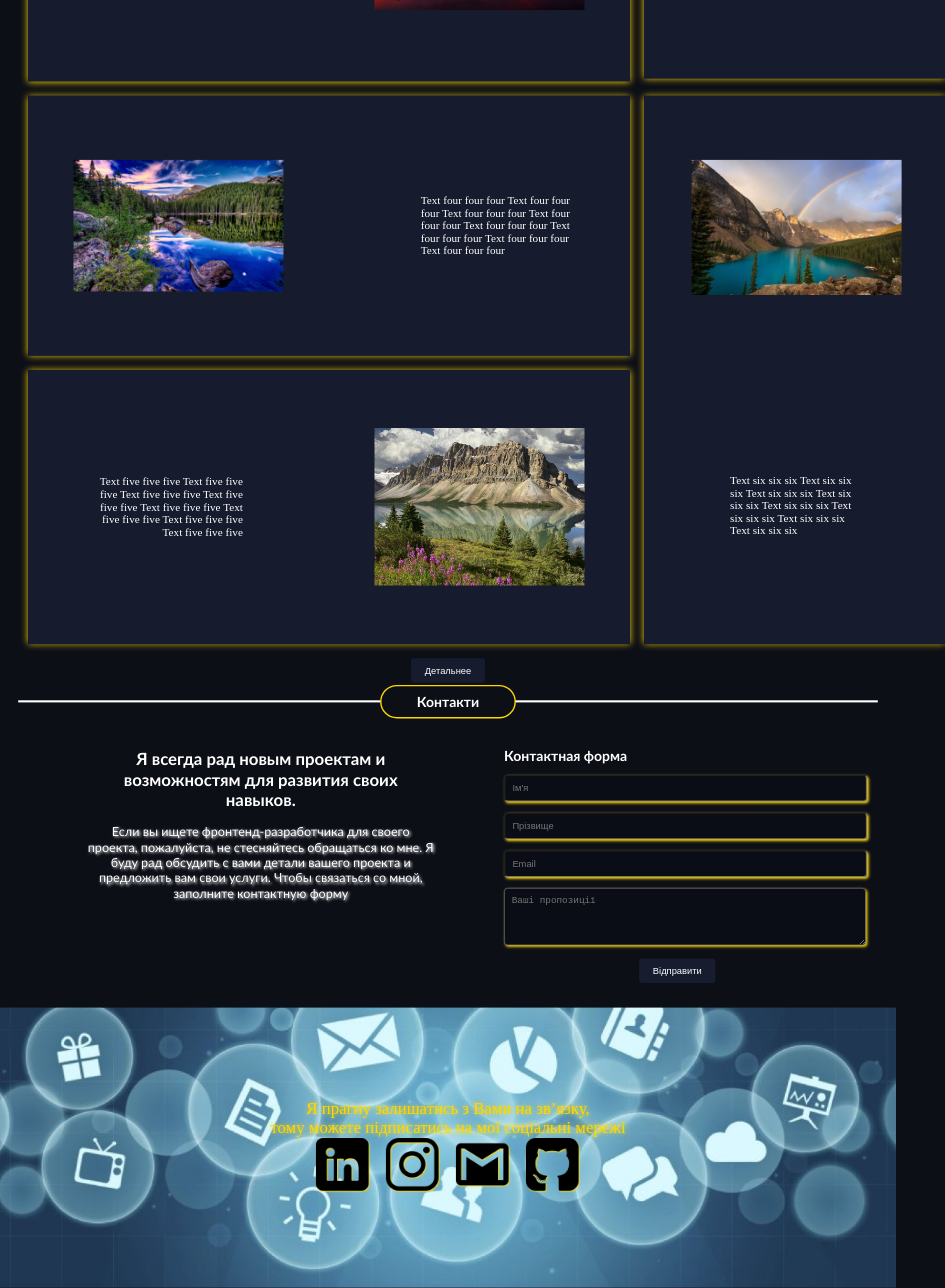
Repository: qtqqrdy13/cv-2
Page: index.html
The author's editor kept a copy of each file at every save. The page is drawn from the files as they stood at one save, then again after the next save.
The browser window is 1280 px wide. The page is 1350 px wide, so the pictures cover 1350 px, including what lies to the right of the window. The pictures show the part of the page from y = 3628 to 5468 px (the page is 5468 px tall), at 70% of full size.

Above is the page before, as saved 2023-10-16 15:29:38.

### index.html
<!DOCTYPE html>
<html lang="en">

<head>
    <link rel="stylesheet" href="main.css">
    <meta charset="UTF-8">
    <meta name="viewport" content="width=device-width, initial-scale=1.0">
    <title>Батуров Олексій</title>
</head>

<body>
    <!--Navigation-->
    <header>
        <div class="logo">
            <img src="../cv 2/image/media/logo.png" alt="logo">
        </div>
        <nav>
            <ul>
                <li><a href="">Головна</a></li>
                <li><a href="#about">Про мене</a></li>
                <li><a href="#skills">Мої скіли</a></li>
                <li><a href="#portfolio">Портфоліо</a></li>
                <li><a href="">Контакти</a></li>
            </ul>
        </nav>
    </header>
    <!--Navigation-->

    <!--Two images-->
    <div class="container-top">
        <div class="img-container">
            <img class="img-1" src="../cv 2/image/code.gif" alt="">
            <img class="img-2" src="../cv 2/image/photo_2023-09-09_18-51-06.jpg" alt="">
        </div>
        <!--Two images-->

        <!--About Oleksiy-->
        <div class="container-text">
            <div id="about"></div>
            <div class="text-block">
                <h1>Олексій Батуров</h1>
            </div>
        </div>
    </div>
    <div class="description">
        <p>Я професіонал, чия пристрасть до веб-розробки
            помітна в кожному рядку коду, який я створюю.
            За час моєї практики я набув глибоких знань у
            різних галузях веб-технологій, включаючи HTML,
            CSS, JavaScript, а також популярні фреймворки
            та бібліотеки. Мої навички дозволяють мені
            створювати унікальні та сучасні веб-сайти,
            які поєднують у собі функціональність, стиль
            та оптимальну продуктивність. </p>
    </div>
    <!--About Oleksiy-->

    <!--Edge-->
    <div id="about_us">
        <div class="announcement">
            <h2 class="title">
                Скіли
            </h2>
        </div>
    </div>
    <!--Edge-->

    <!--Skills-->
    <div id="skills"></div>
    <div class="container">
        <div class="row">
            <div class="block">
                <h2>Скіли Дизайнера</h2>
                <div class="content">
                    <ul>
                        <li>Figma</li>
                        <li>Photoshop</li>
                        <li>Illustrator</li>
                        <li>Scratch</li>
                        <li>AdobeXD</li>
                        <li>Corel Draw</li>
                    </ul>
                </div>
            </div>
            <div class="block">
                <h2>Скіли Front-End розробника</h2>
                <div class="content">
                    <ul>
                        <li>HTML</li>
                        <li>CSS</li>
                        <li>JavaScript</li>
                        <li>ReactJS</li>
                        <li>ReactNative</li>
                        <li>AngularJS</li>
                        <li>NodeJS</li>
                        <li>VueJS</li>
                        <li>JQuerry</li>
                        <li>TypeScript</li>
                        <li>PHPMyAdmin</li>
                    </ul>
                </div>
            </div>
            <div class="block">
                <h2>Володіння CMS - платформами</h2>
                <div class="content">
                    <ul>
                        <li>WordPress</li>
                        <li>OpenCard</li>
                        <li>Joomla</li>
                        <li>Drupal</li>
                        <li>TYPEO3</li>
                    </ul>
                </div>
            </div>
        </div>
    </div>
    <!--Skills-->

    <!--Edge-->
    <div id="about_us">
        <div class="announcement">
            <h2 class="title">
                Портфоліо
            </h2>
        </div>
    </div>
    <!--Edge-->

    <!--Portfolio-->
    <div class="angry-grid">
        <div id="portfolio"></div>
        <div id="item-0">
            <img src="../cv 2/image/media/1.jpg" alt="Image 0" />
            <p>Text one one one Text one one one Text one one one Text one one one
                Text one one one Text one one one Text one one one Text one one one
            </p>
        </div>
        <div id="item-1">
            <img src="../cv 2/image/media/2.jpg" alt="Image 1" />
            <p>Text two two two Text two two two Text two two two Text two two two
                Text two two two Text two two two Text two two two Text two two two
            </p>
        </div>
        <div id="item-2">
            <div class="content-container">
                <p>Text three three three Text three three three Text three three three
                    Text three three three Text three three three Text three three three
                </p>
                <img src="../cv 2/image/media/3.jpg" alt="Image 2" />
            </div>
        </div>
        <div id="item-3">
            <img src="../cv 2/image/media/4.jpg" alt="Image 3" />
            <p>Text four four four Text four four four Text four four four Text four four four
                Text four four four Text four four four Text four four four Text four four four
            </p>
        </div>
        <div id="item-4">
            <div class="content-container">
                <p>Text five five five Text five five five Text five five five Text five five five
                    Text five five five Text five five five Text five five five Text five five five
                </p>
                <img src="../cv 2/image/media/5.jpg" alt="Image 4" />
            </div>
        </div>
        <div id="item-5">
            <img src="../cv 2/image/media/6.jpg" alt="Image 5" />
            <p>Text six six six Text six six six Text six six six Text six six six
                Text six six six Text six six six Text six six six Text six six six
            </p>
        </div>
    </div>

    <div class="detail-button">
        <button>Детальнее</button>
    </div>
    <!--Portfolio-->
    <!--Edge-->
    <div id="about_us">
        <div class="announcement">
            <h2 class="title">
                Контакти
            </h2>
        </div>
    </div>
    <!--Edge-->
    </div>
    <div class="container_contact">
        <div class="text">
            <h2>Я всегда рад новым проектам и возможностям для развития своих навыков. </h2>
            <p>Если вы ищете фронтенд-разработчика для своего проекта, пожалуйста, не стесняйтесь обращаться ко мне. Я
                буду рад обсудить с вами детали вашего проекта и предложить вам свои услуги.

                Чтобы связаться со мной, заполните контактную форму</p>
        </div>
        <div class="form">
            <h2>Контактная форма</h2>
            <form method="post">
                <div class="form-group">
                    <input type="text" id="name" name="name" placeholder="Ім'я" required>
                </div>
                <div class="form-group">
                    <input type="text" id="secondname" name="secondname" placeholder="Прізвище" required>
                </div>
                <div class="form-group">
                    <input type="text" id="email" name="email" placeholder="Email">
                </div>
                <div class="form-group">
                    <textarea id="message" name="message" rows="4" placeholder="Ваші пропозиції" required></textarea>
                </div>
                <div class="form-group">
                    <button type="submit">Відправити</button>
                </div>
            </form>
        </div>
    </div>
    <footer>
        <div class="social_icons">
            <div class="icons_text">
                <p>Я прагну залишатись з Вами на зв’язку, <br> тому можете підписатись на мої соціальні мережі</p>
            </div>
            <div class="icons_container">
                <a href="" class="icon">
                    <img src="./image/icons/linkedin 1.png" alt="">
                </a>
                <a href="" class="icon">
                    <img src="./image/icons/instagram 1.png" alt="">
                </a>
                <a href="" class="icon">
                    <img src="./image/icons/gmail-logo 1.png" alt="">
                </a>
                <a href="" class="icon">
                    <img src="./image/icons/github-sign 1.png" alt="">
                </a>
            </div>
        </div>
    </footer>

</body>

</html>

### main.css
body {
    background-color: #0d0f17;
    margin: 0;
    padding: 0;

}

/*Navigation*/
header {
    background-color: #161C2E;
    color: white;
    padding: 10px 0px;
    position: fixed;
    top: 0;
    width: 100%;
    display: flex;
    justify-content: space-between;
    align-items: center;
    z-index: 1000;
}

.logo img {
    height: 50px;
    margin-left: 50px;
}

nav ul {
    list-style: none;
    margin-right: 50px;
}

nav li {
    display: inline;
    margin-right: 50px;
    position: relative; /* Добавляем позицию относительно элементов меню */
}

nav a {
    text-decoration: none;
    color: white;
    font-weight: bold;
    font-size: 18px;
}

nav a:hover {
    color: gold;
    font-size: 18px;
    text-shadow: 0 0 10px gold;
    transform: scale(1.05);
    transition: transform 0.6s ease-in-out;
}

/* Добавляем стили для анимации */
nav li::before {
    content: "";
    position: absolute;
    width: 100%;
    height: 2px;
    background-color: gold;
    bottom: 0;
    left: 0;
    transform: scaleX(0); /* Изначально нулевая ширина */
    transform-origin: right;
    transition: transform 0.3s ease-in-out;
}

nav li::after {
    content: "";
    position: absolute;
    width: 100%;
    height: 2px;
    background-color: gold;
    bottom: 0;
    right: 0;
    transform: scaleX(0); /* Изначально нулевая ширина */
    transform-origin: left;
    transition: transform 0.3s ease-in-out;
}

nav li:hover::before,
nav li:hover::after {
    transform: scaleX(1); /* Увеличиваем ширину до 100% */
}


/*Two images*/
.container-top {
    display: flex;
    flex-direction: column;
    align-items: center;
    width: 100%;
    overflow: visible;
    position: relative;
}

.img-container {
    width: 100%;
    max-width: 100vw;
    position: relative;
    overflow: visible;
    order: 1;
}

.img-1 {
    width: 100%;
    height: 500px;
    position: relative;
}
.img-1:hover{
    animation: slideUp 2s ease-in-out infinite alternate;
}

.img-2 {
    width: 400px;
    height: 400px;
    max-width: 100%;
    position: absolute;
    top: calc(60% + 10%);
    left: 50%;
    transform: translateX(-50%);
    z-index: 2;
    border-radius: 50%;
    transition: transform 0.5s ease;
}

.img-2:hover {
    transform: translateX(-50%) rotate(360deg);
    animation: spin 2s linear infinite;
}

@keyframes spin {
    0% { transform: translateX(-50%) rotate(0deg); }
    100% { transform: translateX(-50%) rotate(360deg); }
}

@keyframes slideUp {
    0% {
        transform: translateY(0);
    }

    100% {
        transform: translateY(-20px);
    }
}

@media screen and(max-width: 768px) {
    .container {
        padding: 2px;
    }

    .img-1,
    .img-2 {
        height: auto;
    }
}

/*About Oleksiy*/
.container-text {
    display: flex;
    flex-direction: column;
    align-items: center;
    justify-content: center;
    height: 100vh;
    order: 2;
}

.text-block {
    width: 530px;
    height: 214px;
    font-size: 60px;
    text-align: center;
    color: white;
    animation: fadeIn 2s ease-in-out;
    margin: 0 auto;
}

.description {
    width: 700px;
    height: 256px;
    text-align: center;
    color: white;
    animation: slideIn 2s ease-in-out;
    margin: 0 auto;
    margin-bottom: 10%;
}

@keyframes fadeIn {
    0% {
        opacity: 0;
    }

    100% {
        opacity: 1;
    }
}

@keyframes slideIn {
    0% {
        transform: translateY(-20px);
        opacity: 0;
    }

    100% {
        transform: translateY(0);
        opacity: 1;
    }
}

/* Адаптация для мелких скринов */
@media (max-width: 600px) {
    .text-block {
        font-size: 36px;
    }

    .description {
        font-size: 18px;
    }
}

/* Адаптация для планшей */
@media (min-width: 601px) and (max-width: 1024px) {
    .text-block {
        font-size: 48px;
    }

    .description {
        font-size: 24px;
    }
}

@media (min-width: 1025px) {
    .text-block {
        font-size: 72px;
    }

    .description {
        font-size: 30px;
    }
}

/*Edge*/
.announcement {
    height: 3px;
    background-color: white;
    display: flex;
    justify-content: center;
    align-items: center;
    margin: 2% 2%;
}

.title {
    animation-name: fade-in;
    animation-duration: 0.3s;
    text-align: center;
    text-decoration: none;
    color: white;
    border: 2px solid gold;
    background-color: #0d0f17;
    border-radius: 30px;
    padding: 10px 50px;
}

.title:hover {

    color: gold;
    font-size: 26px;
    box-shadow: 0 0 6px gold;
}

@keyframes fade-in {
    from {
        opacity: 0;
    }

    to {
        opacity: 1;
    }
}

/*Skills*/
.container {
    display: flex;
    flex-direction: column;
    align-items: center;
}

.row {
    display: flex;
    flex-wrap: wrap;
    justify-content: space-between;
}

.block {
    border: 2px solid gold;
    margin: 10px;
    padding: 20px;
    animation: fade-in 1s ease-in-out;
    width: calc(50% - 20px);
    height: 400px;
    box-shadow: 1px 1px 6px gold;
    text-align: center;
    box-sizing: border-box;
    display: flex;
    flex-direction: column;
    justify-content: flex-start;
    align-items: center;
}

.block:hover {
    box-shadow: 2px 2px 12px gold;
}

h2 {
    font-size: 20px;
    font-family: 'Trebuchet MS', 'Lucida Sans Unicode', 'Lucida Grande', 'Lucida Sans', Arial, sans-serif;
    margin-top: 10px 0 0 0;
    color: white;
}

.content {
    display: flex;
    flex-direction: column;
    align-items: center;
    justify-content: center;
    height: 100%;
}

.content ul {
    list-style-type: square;
    padding-left: 20px;
    margin: 0;
}

h2:hover {
    font-size: 21px;
    text-shadow: 0px 0px 12px white;
}

.content li {
    font-size: 18px;
    color: white;
}

.content li:hover {
    font-size: 19px;
    text-shadow: 0px 0px 12px white;
}

@keyframes fade-in {
    0% {
        opacity: 0;
    }

    100% {
        opacity: 1;
    }
}

@media screen and (max-width: 1024px) {
    .block {
        padding: 10px;
        width: calc(50% - 20px);
        height: 250px;
    }

    .block h2 {
        font-size: 18px;
    }

    .content li {
        font-size: 16px;
    }
}

@media screen and (max-width: 750px) {
    .block {
        padding: 10px;
        width: calc(50% - 20px);
        height: 200px;
    }

    .block h2 {
        font-size: 16px;
    }

    .content li {
        font-size: 14px;
    }
}


@media screen and (min-width: 1200px) {
    .block {
        width: 400px;
        height: 400px;
    }

    .row {
        justify-content: center;
        width: calc(65% - 10px)
    }
}

/*Portfolio*/
.angry-grid {
    display: grid;
    grid-template-rows: 1fr 1fr 1fr 1fr;
    grid-template-columns: 1fr 1fr 1fr 1fr 1fr;
    margin: 0 auto;
    max-width: 1200px;
    padding: 0 15px;
}

#item-0 {
    background-color: #161C2E;
    grid-row-start: 1;
    grid-column-start: 1;
    grid-row-end: 2;
    grid-column-end: 3;
    margin-bottom: 20px;
    width: 860px;
    height: 370px;
    box-shadow: 0 0 10px gold;
    display: grid;
    grid-template-columns: 3fr 1fr;
    align-items: center;
    transition: transform 0.6s ease-in-out;
}

#item-0:hover {
    box-shadow: 0 0 18px gold;
    border-radius: 10px;
    transform: scale(1.05);
}

#item-0 img {
    max-width: 300px;
    max-height: 300px;
    margin-left: 65px;
}

#item-0 p {
    margin-right: 90px;
    margin-left: -90px;
    color: white;
}

#item-1 {
    background-color: #161C2E;
    grid-row-start: 1;
    grid-column-start: 3;
    grid-row-end: 3;
    grid-column-end: 4;
    margin-left: 20px;
    width: 430px;
    height: 760px;
    box-shadow: 0 0 10px gold;
    display: grid;
    grid-template-columns: 1fr;
    grid-template-rows: 1fr auto;
    align-items: center;
    justify-items: center;
    transition: transform 0.6s ease-in-out;
}

#item-1:hover {
    box-shadow: 0 0 18px gold;
    border-radius: 10px;
    transform: scale(1.05);
}

#item-1 img {
    max-width: 300px;
    max-height: 300px;
    margin-top: -100px;

}

#item-1 p {
    margin-right: 90px;
    margin-bottom: 125px;
    margin-left: 100px;
    color: white;
    padding: 20px;
}

#item-2 {
    background-color: #161C2E;
    grid-row-start: 2;
    grid-column-start: 1;
    grid-row-end: 3;
    grid-column-end: 3;
    margin-bottom: 20px;
    box-shadow: 0 0 10px gold;
    display: grid;
    grid-template-columns: 1fr;
    align-items: center;
    transition: transform 0.6s ease-in-out;
}

#item-2 .content-container {
    display: flex;
    flex-direction: row;
    align-items: center;
    justify-content: space-between;
}

#item-2 img {
    max-width: 300px;
    max-height: 300px;
    margin-right: 65px;
}

#item-2 p {
    flex: 1;
    margin-right: 20px;
    color: white;
    text-align: right;
    margin-right: 100px;
    padding: 94px;
}

#item-2:hover {
    box-shadow: 0 0 18px gold;
    border-radius: 10px;
    transform: scale(1.05);
}

#item-3 {
    background-color: #161C2E;
    grid-row-start: 3;
    grid-column-start: 1;
    grid-row-end: 4;
    grid-column-end: 3;
    margin-bottom: 20px;
    box-shadow: 0 0 10px gold;
    display: flex;
    align-items: center;
    justify-content: center;
    transition: transform 0.6s ease-in-out;
}

#item-3:hover {
    box-shadow: 0 0 18px gold;
    border-radius: 10px;
    transform: scale(1.05);
}

#item-3 img {
    max-width: 300px;
    max-height: 300px;
    margin-left: 65px;
}

#item-3 p {
    margin-right: -50px;
    margin-left: 71px;
    color: white;
    padding: 125px;
}

#item-4 {
    background-color: #161C2E;
    grid-row-start: 4;
    grid-column-start: 1;
    grid-row-end: 5;
    grid-column-end: 3;
    box-shadow: 0 0 10px gold;
    display: grid;
    grid-template-columns: 1fr auto;
    align-items: center;
    transition: transform 0.6s ease-in-out;
}

#item-4 .content-container {
    display: flex;
    flex-direction: row;
    align-items: center;
    justify-content: space-between;
    flex-wrap: nowrap;
}

#item-4 img {
    max-width: 300px;
    max-height: 300px;
    margin-right: 65px;
}

#item-4 p {
    color: white;
    text-align: right;
    margin-right: 129px;
    margin-left: 43px;
    padding: 59px;
}

#item-4:hover {
    box-shadow: 0 0 18px gold;
    border-radius: 10px;
    transform: scale(1.05);
}

#item-5 {
    background-color: #161C2E;
    grid-row-start: 3;
    grid-column-start: 3;
    grid-row-end: 5;
    grid-column-end: 4;
    margin-left: 20px;
    box-shadow: 0 0 10px gold;
    display: grid;
    grid-template-rows: 1fr auto;
    justify-content: center;
    align-items: center;
    align-content: space-between;
    transition: transform 0.6s ease-in-out;
}

#item-5 img {
    max-width: 300px;
    max-height: 300px;
    margin-top: -124px;
    margin-left: 68px;
}

#item-5 p {
    margin-right: 90px;
    margin-bottom: 130px;
    margin-left: 100px;
    color: white;
    padding: 23px;
}

#item-5:hover {
    box-shadow: 0 0 18px gold;
    border-radius: 10px;
    transform: scale(1.05);
}

@media (max-width: 768px) {
    .angry-grid {
        grid-template-columns: 1fr 1fr;
        max-width: 768px;
        margin-left: 0;
    }
}

@media (min-width: 1313px) {
    .angry-grid {
        max-width: 1313px;
        padding: 45px 20px;
    }
}

/* Стили для .detail-button */
.detail-button {
    text-align: center;
    margin-top: 20px;
}

.detail-button button {
    padding: 10px 20px;
    background-color: #161C2E;
    color: white;
    border: none;
    border-radius: 5px;
    cursor: pointer;
}

.detail-button button:hover {
    background-color: #161C2E;
    box-shadow: 0 0 12px white;
}
.container_contact {
    display: flex;
    justify-content: space-between;
    border-radius:15px;
    padding:0 45px;

}
.text h2{
    color:white;
    font-size:24px;

}
.text p{
    color:white;
    font-size:18px;
    font-family:'Trebuchet MS', 'Lucida Sans Unicode', 'Lucida Grande', 'Lucida Sans', Arial, sans-serif;
    text-shadow:2px 2px 4px white;
}
.text {
    flex: 1;
    padding:20px 80px;
    text-align: center;

}

.form {
    flex: 1;
    padding: 20px;
    border-radius: 5px;
    border:none;
}

.form-group {
    margin-bottom: 15px;
}

.form-group label {
    display: block;
    margin-bottom: 5px;
    font-weight: bold;

}

.form-group input[type="text"],
.form-group textarea {
    width: 100%;
    padding: 10px;
    border-radius: 5px;
    background-color:#0a0d15;
    box-shadow:2px 2px 4px gold;
}

.form-group button {
    background-color: #171d2f;
    display:flex;
    align-items: center;
    justify-content: center;
    color: #fff;
    border: none;
    padding: 10px 20px;
    border-radius: 5px;
    cursor: pointer;

    margin: 0 auto;
}

.form-group button:hover {
    box-shadow: 2px 2px 4px gold;


}
footer {
    margin: 0;
    width: 100%;
    height: 400px;
    background-image: url('./image/icons/13123213213213213.png');
    position: relative;
    background-position: center center;
    display: flex;
    flex-direction: column;
    justify-content: center;
    align-items: center;
}

.social_icons {
    text-align: center;
}

.icons_container {
    display: flex;
    justify-content: center;
    align-items: center;
}

.social_icons .icon {
    margin: 0 10px;
}

.social_icons img {
    width: 80px;
    height: 80px;
    transition: transform 0.6s ease-in-out;
}

.social_icons img:hover {
    transform: scale(1.2);
}

.icons_text p {
    margin: 0;
    color: gold;
    text-shadow: 0 0 6px gold;
    font-size:24px;
}

After the next save:
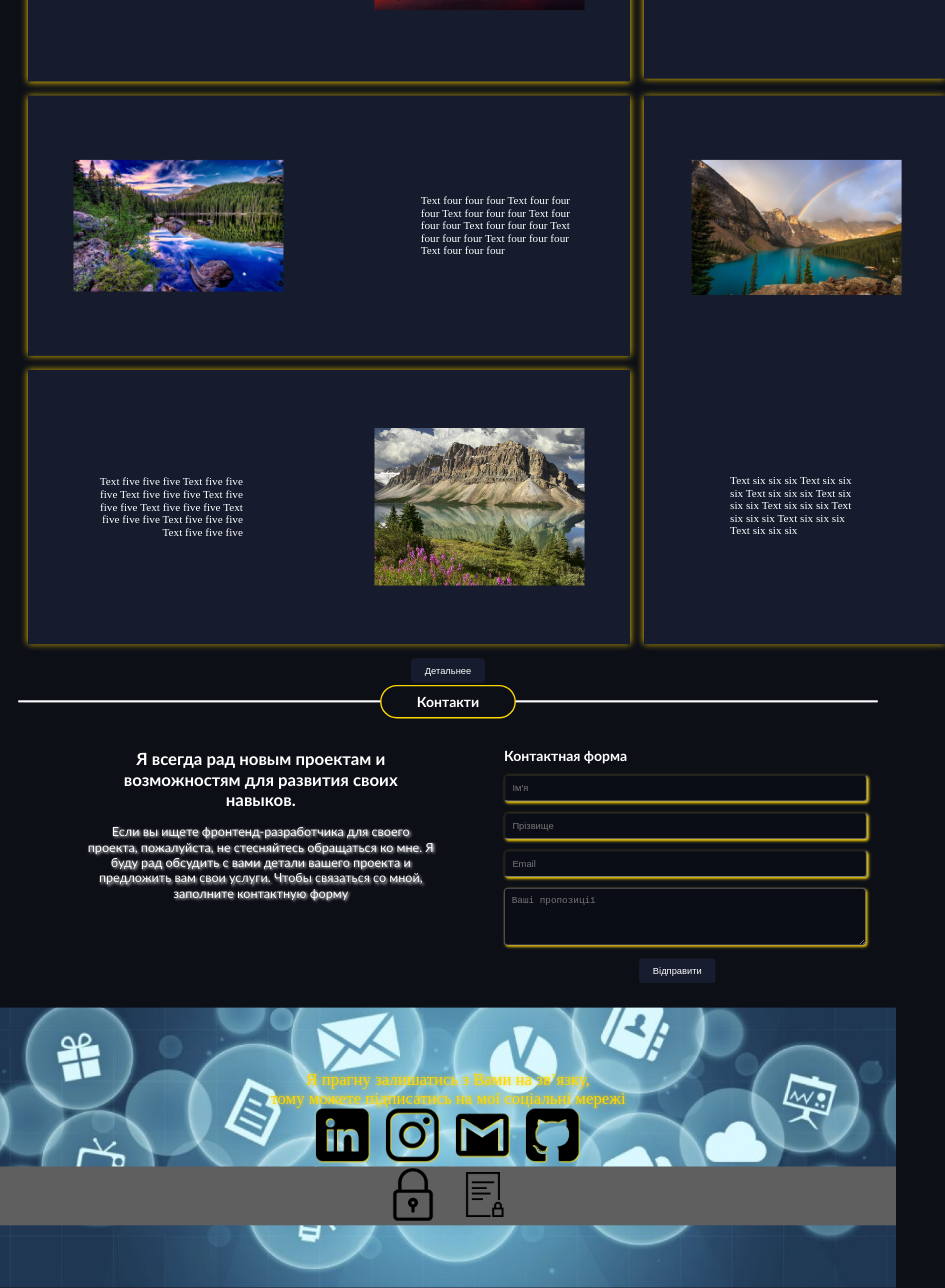
Saved 7 min 41 s later.
--- a/index.html
+++ b/index.html
@@ -234,6 +234,10 @@
                 </a>
             </div>
         </div>
+        <div class="aditional_icons">
+           <a class="aditional_icon" href="#"> <img src="/image/icons/padlock 1.png" alt=""></a>
+           <a class="aditional_icon" href="#"> <img src="/image/icons/lock 1.png" alt=""></a>
+        </div>
     </footer>
 
 </body>
--- a/main.css
+++ b/main.css
@@ -785,3 +785,22 @@ footer {
     text-shadow: 0 0 6px gold;
     font-size:24px;
 }
+.aditional_icons{
+    background-color:#5F5F5F;
+    display: flex;
+    justify-content: center;
+    align-items: center;
+    width: 100%;
+}
+
+.aditional_icon{
+    margin: 0 10px;
+}
+.aditional_icon img{
+    width: 80px;
+    height: 80px;
+    transition: transform 0.6s ease-in-out;
+}
+.aditional_icon img:hover{
+    transform:scale(1.2);
+}
